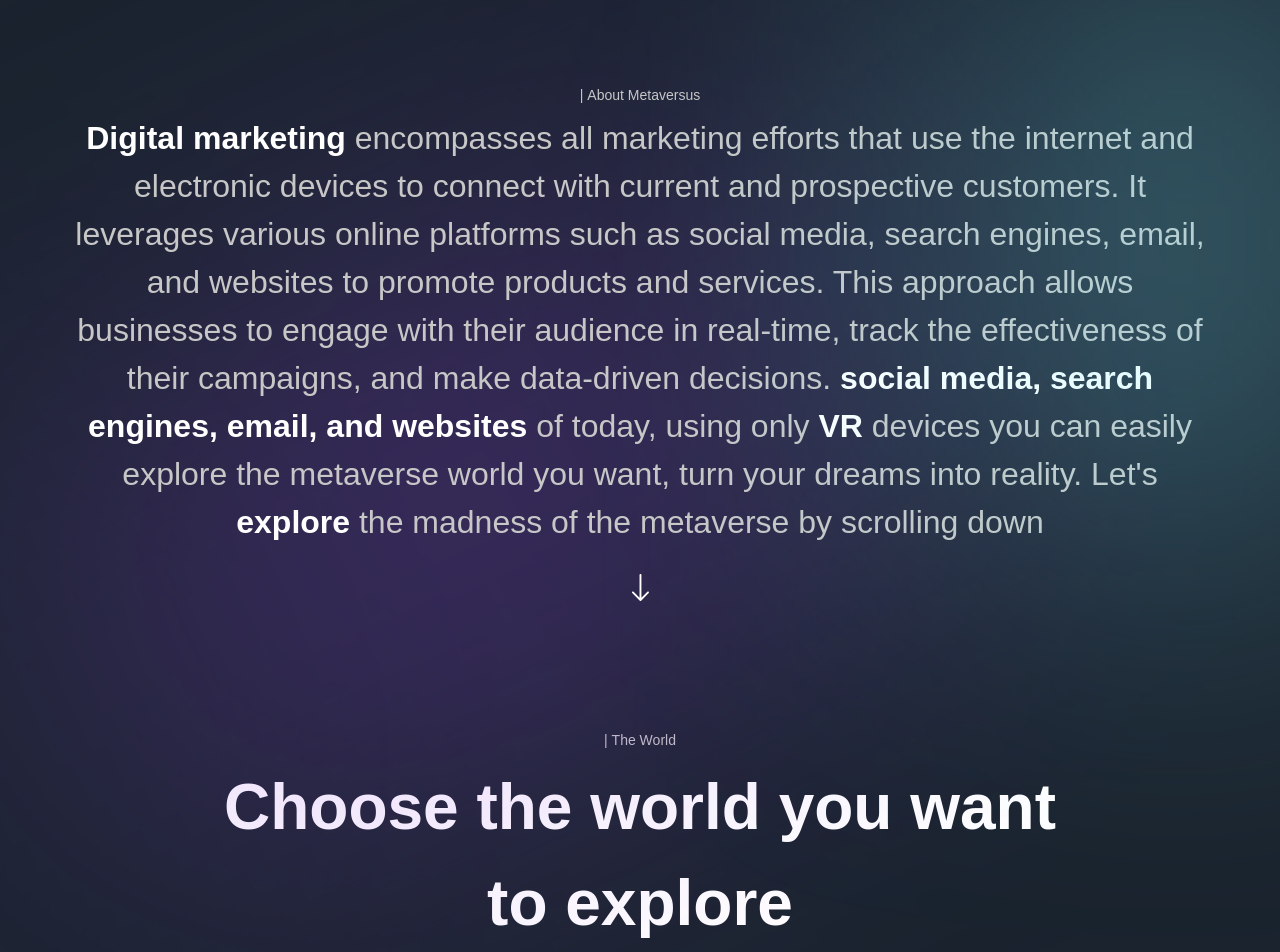
Repository: Shanuga123/metaversus
Page: /
These files come from the project's save history. The page is drawn as it stood at one moment and after the next save; the edit follows.
The browser window is 1280 px wide. The pictures show the part of the page from y = 1083 to 2035 px (the page is 7446 px tall).
Some web fonts or font styles are not loaded; a fallback is used. The project was rebuilt for these pictures with package versions that can differ from the ones it lists, and the page was loaded fresh each time. The framework's server and built-in components were replaced by stand-ins that run in the browser. Also part of the build but not shown: next.config.js.

Above is the page before, as saved 2024-08-05 21:36:25.

After the next save:
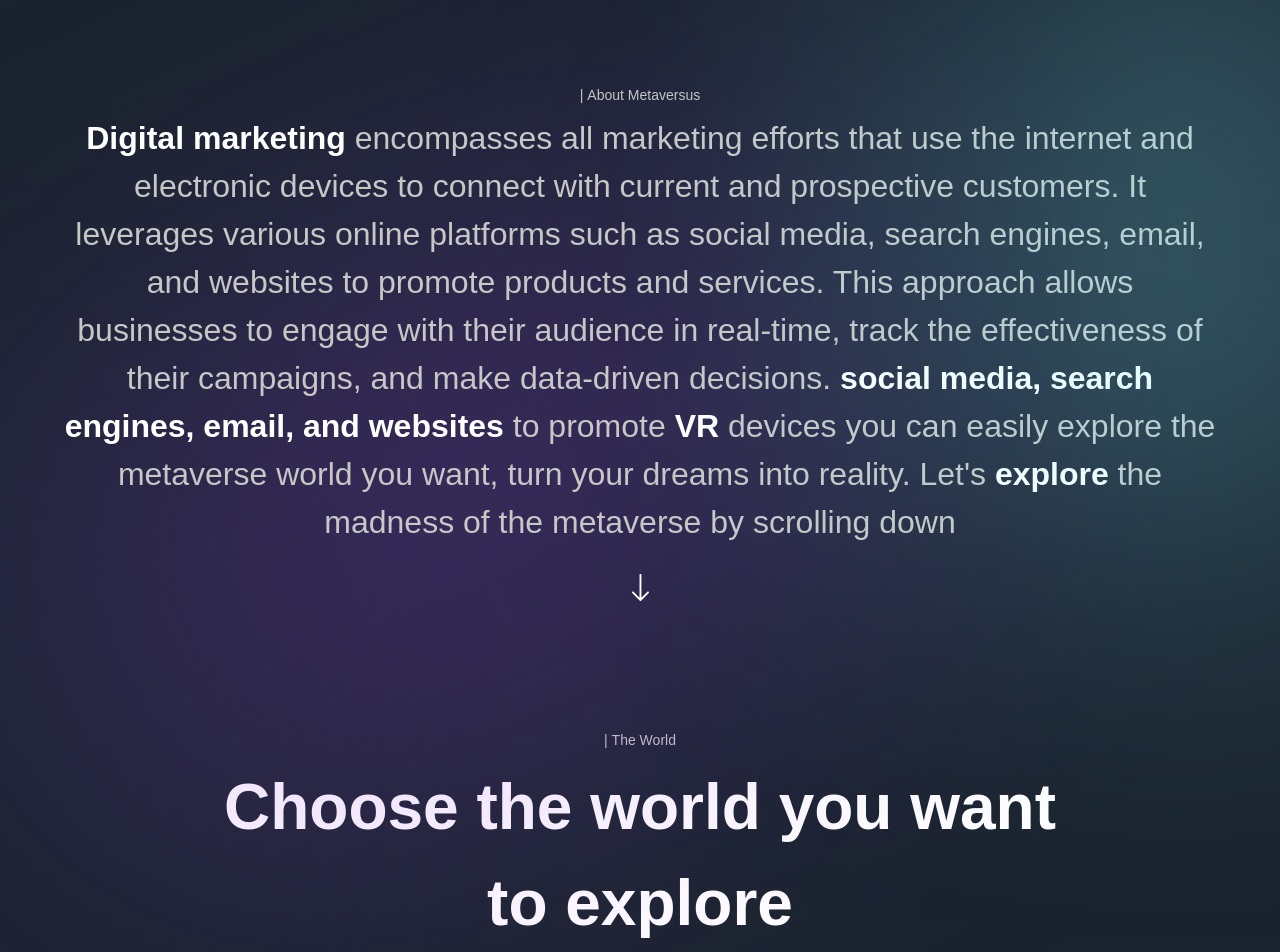
Saved 39 s later.
--- a/sections/About.jsx
+++ b/sections/About.jsx
@@ -26,7 +26,7 @@ const About = () => (
         <span className="font-extrabold text-white">
         social media, search engines, email, and websites
         </span>{' '}
-        of today, using only{' '}
+        to promote {' '}
         <span className="font-extrabold text-white">VR</span> devices you can
         easily explore the metaverse world you want, turn your dreams into
         reality. Let's{' '}
